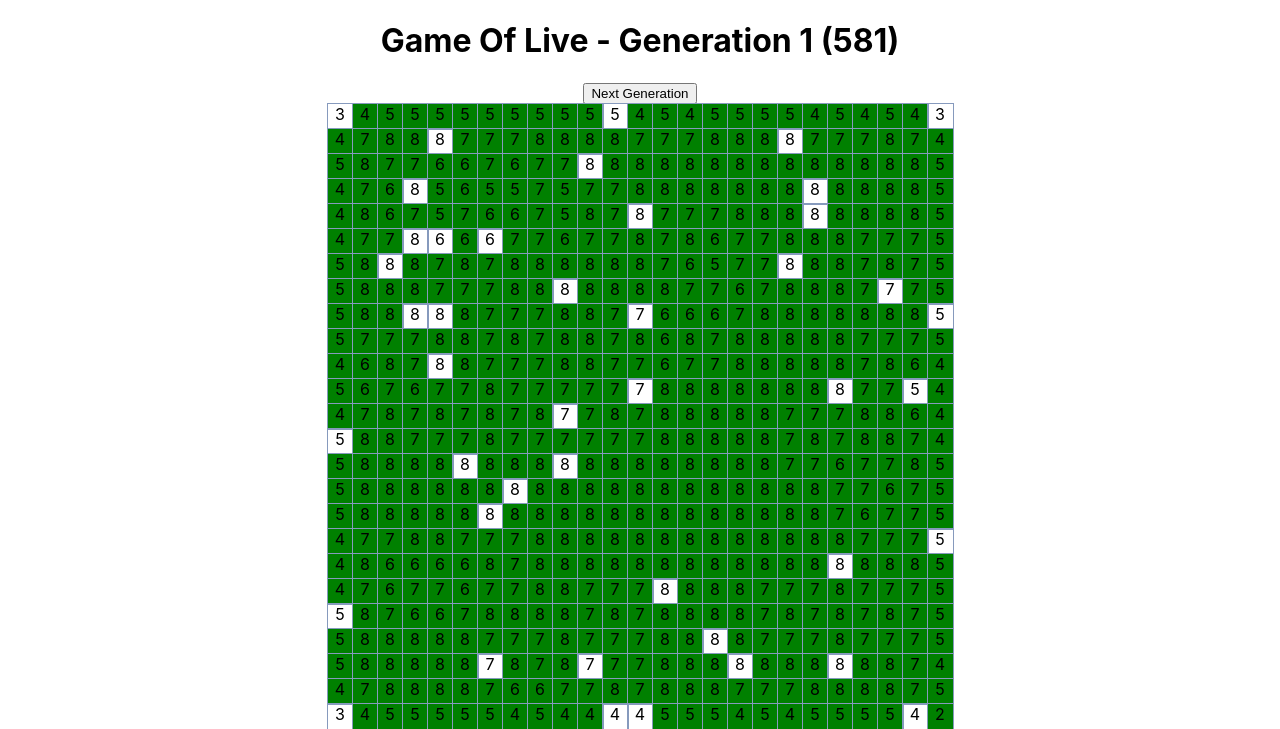
Repository: cfaguilera20/gol
Page: /
An editor plug-in stored every save of this project. The page is shown before and after the next save, followed by the edit.
The browser window is 1280 px wide. The pictures show the whole page.
The project was rebuilt for these pictures with package versions that can differ from the ones it lists, and the page was loaded fresh each time.

Above is the page before, as saved 2021-07-25 13:46:48.

### src/App.js
import './App.css';

import Board from './components/Board.jsx';

function App() {
    return (
        <div className="App">
            <Board />
        </div>
    );
}

export default App;

### src/components/Board.jsx
import React, { useState } from 'react';
import './Board.css';

const WORLD_SIZE = 25;
const WORLD_POPULATION = 5;

const Board = (props) => {
    const [world, setWorld] = useState(
        createWorld(WORLD_SIZE, WORLD_POPULATION)
    );
    const [generation, setGeneration] = useState(1);

    const onNextGeneration = () => {
        setGeneration(generation + 1);
        world.nextGeneration();
        setWorld(world);
    };

    return (
        <>
            <h1>
                Game Of Live - Generation {generation} (
                {world.currentPopulation})
            </h1>
            <button onClick={onNextGeneration}>Next Generation</button>
            <div className="world">
                {world.board.map((row, rowIdx) => (
                    <div key={rowIdx} className="row">
                        {row.map((isAlive, cellIdx) => {
                            const className = isAlive
                                ? 'cell cell-green'
                                : 'cell';
                            const neighborsAlive =
                                world.getNeighborsAliveCounter(rowIdx, cellIdx);
                            return (
                                <div key={cellIdx} className={className}>
                                    {neighborsAlive}
                                </div>
                            );
                        })}
                    </div>
                ))}
            </div>
        </>
    );
};

class World {
    constructor(size, population) {
        this.size = size;
        this.population = population;
        this.currentPopulation = 0;
        this.board = [];
        this.createBoard();
    }

    createBoard() {
        for (let y = 0; y < this.size; y++) {
            this.board[y] = [];
            for (let x = 0; x < this.size; x++) {
                const isAlive =
                    Math.random() > this.population / 100 ? true : false;
                this.board[y][x] = isAlive;
                this.currentPopulation += isAlive ? 1 : 0;
            }
        }
    }

    getNeighbors(x, y) {
        const neighbors = [];
        const neighborsIdx = [
            [1, 0],
            [-1, 0],
            [0, 1],
            [0, -1],
            [1, 1],
            [1, -1],
            [-1, 1],
            [-1, -1],
        ];
        neighborsIdx.forEach(([dx, dy]) => {
            const [nx, ny] = [x + dx, y + dy];
            if (nx >= 0 && nx < this.size && ny >= 0 && ny < this.size) {
                neighbors.push(this.board[ny][nx]);
            }
        });
        return neighbors;
    }

    getNeighborsAlive(x, y) {
        return this.getNeighbors(x, y).filter((isAlive) => isAlive);
    }

    getNeighborsAliveCounter(x, y) {
        return this.getNeighborsAlive(x, y).length;
    }

    nextGeneration() {
        const nextBoard = [];
        for (let y = 0; y < this.size; y++) {
            nextBoard[y] = [];
            for (let x = 0; x < this.size; x++) {
                const isAlive = this.board[y][x];
                const nextIsAlive = this.getNeighborsAliveCounter(x, y) > 2;
                nextBoard[y][x] = nextIsAlive;
                this.currentPopulation += nextIsAlive - isAlive;
            }
        }

        this.board = nextBoard;
        return this;
    }
}

const createWorld = (WORLD_SIZE, WORLD_POPULATION) => {
    const board = new World(WORLD_SIZE, WORLD_POPULATION);
    return board;
};

export default Board;

### src/components/Board.css
.row {
    height: 25px;
}

.cell {
    width: 25px;
    height: 25px;
    outline: 1px solid rgb(134, 154, 189);
    display: inline-block;
}

.cell-green {
    background-color: green;
}

.cell-red {
    background-color: red;
}

.cell-purple {
    background-color: purple;
}

Loaded but not shown: public/index.html (common file); src/index.js (common file); src/index.css (common file); src/reportWebVitals.js (common file); src/App.css (common file)

After the next save:
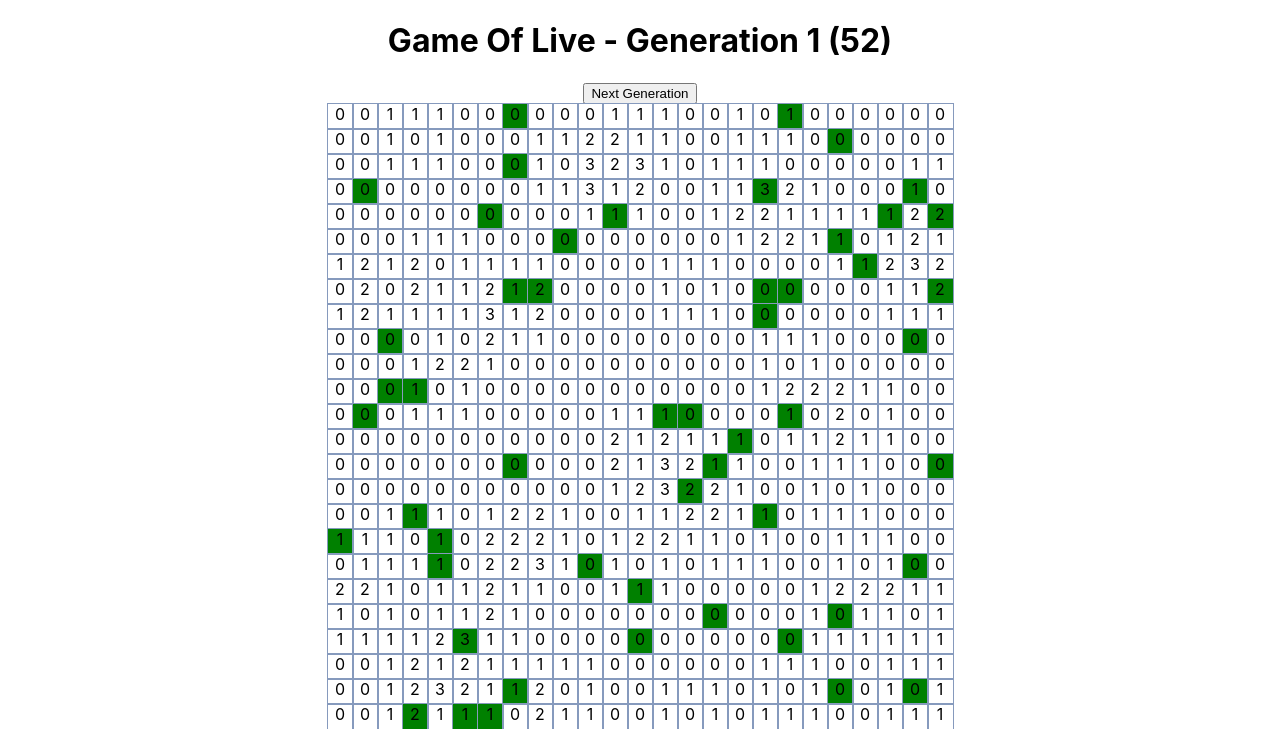
Saved 6 s later.
--- a/src/components/Board.jsx
+++ b/src/components/Board.jsx
@@ -2,7 +2,7 @@ import React, { useState } from 'react';
 import './Board.css';
 
 const WORLD_SIZE = 25;
-const WORLD_POPULATION = 5;
+const WORLD_POPULATION = 90;
 
 const Board = (props) => {
     const [world, setWorld] = useState(
